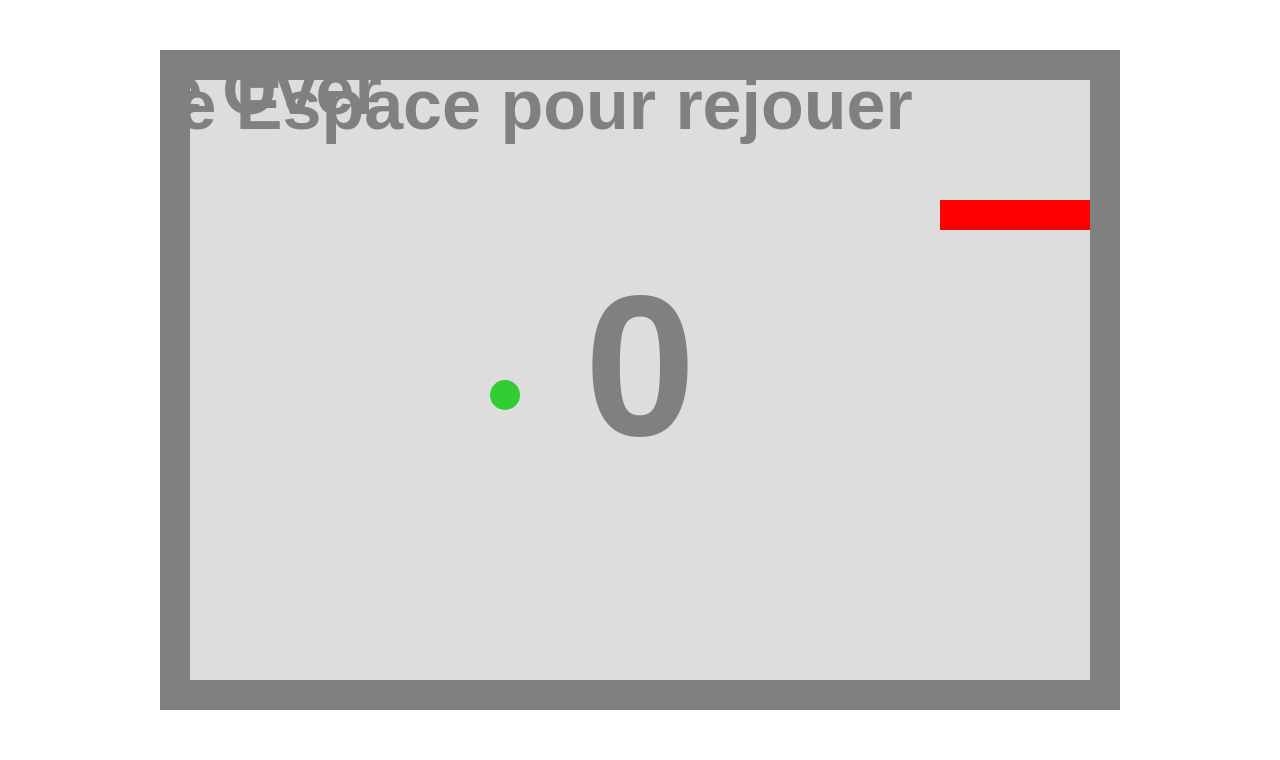
Repository: laben35/snake
Page: index.html
These files come from the project's save history. The page is drawn as it stood at one moment and after the next save; the edit follows.
The browser window is 1280 px wide. The pictures show the whole page.

Above is the page before, as saved 2019-12-08 19:06:25.

After the next save:
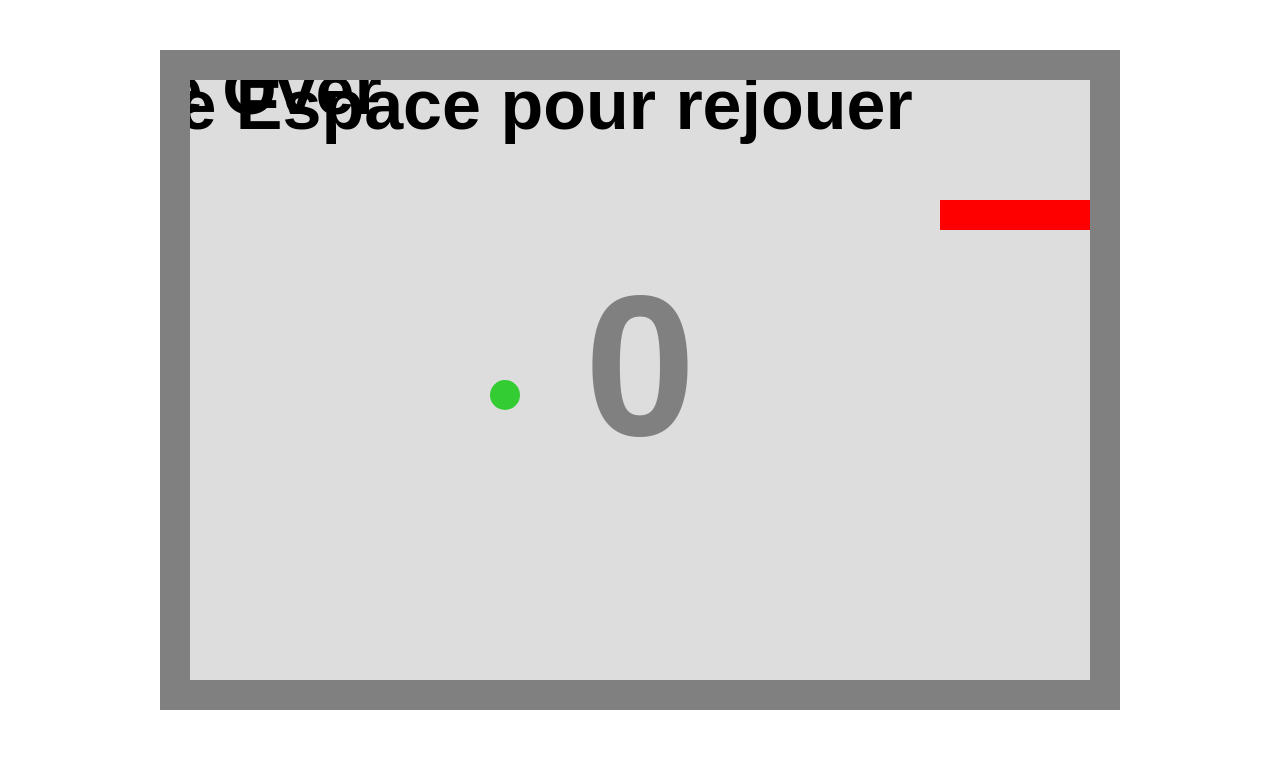
Saved 55 s later.
--- a/script.js
+++ b/script.js
@@ -63,9 +63,10 @@ window.onload = function()
     {
         ctx.save();   //permet d'enregistrer les paramètre de configuration du contexte du combat cad de le retrouver comme avant
         ctx.font = "bold 70px sans-serif";
-        ctx.fillStyle = "gray";
+        ctx.fillStyle = "#000";
         ctx.textAlign = "center";
         ctx.textBaseline = "middle";
+        ctx.str
         ctx.fillText("Game Over", 5, 15);
         ctx.fillText("Appuyer sur la touche Espace pour rejouer", 5, 30);
         ctx.restore();
